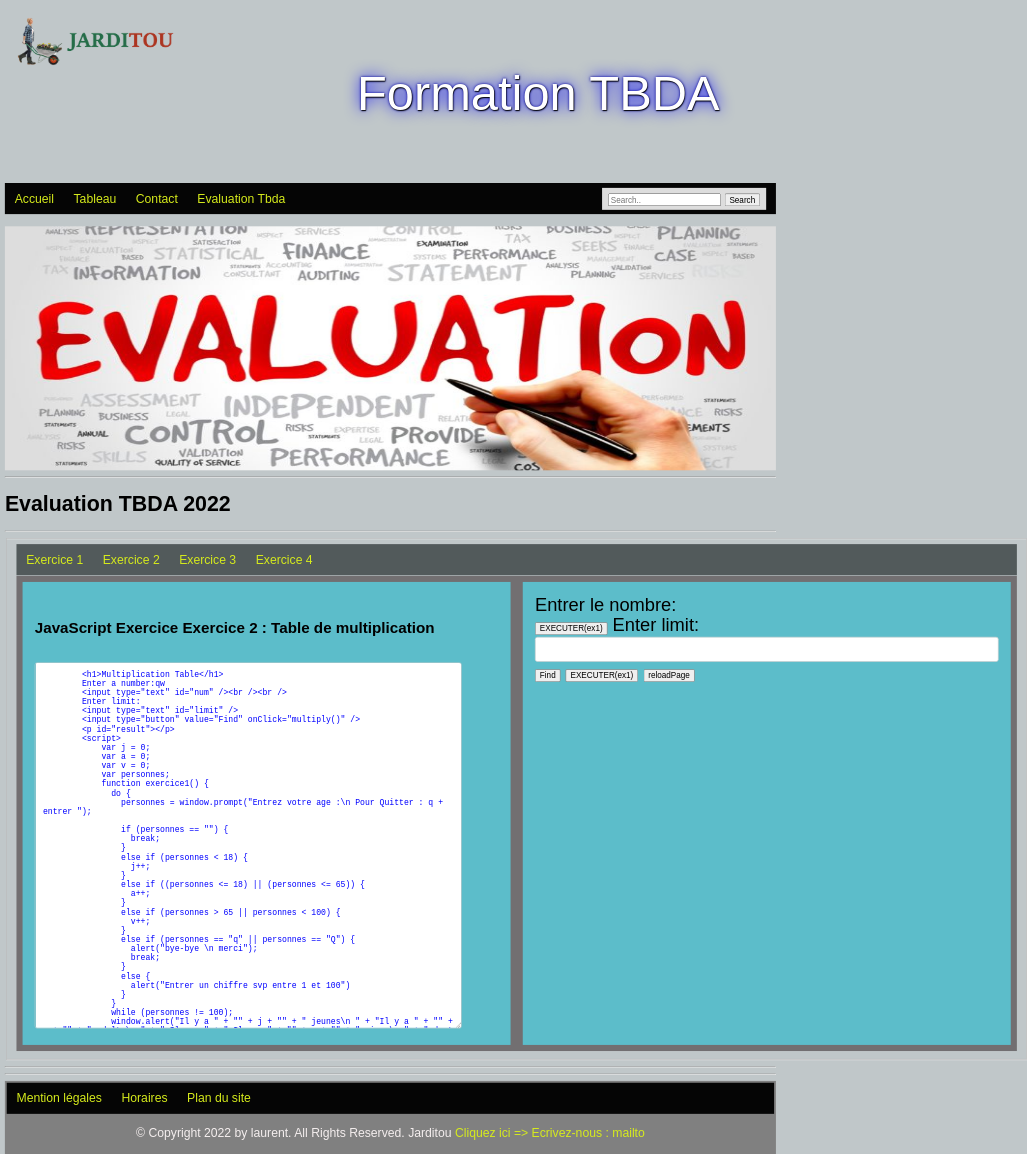
Repository: laurentbul/jarditou
Page: javascript/EvaluationTbda/ex1.html
An editor plug-in stored every save of this project. The page is shown before and after the next save, followed by the edit.
The browser window is 1280 px wide. The page is 1684 px wide, so the pictures cover 1684 px, including what lies to the right of the window. The pictures show the whole page, at 61% of full size.
An inner scrolling area shows only its first screen.

Above is the page before, as saved 2022-12-15 04:24:35.

After the next save:
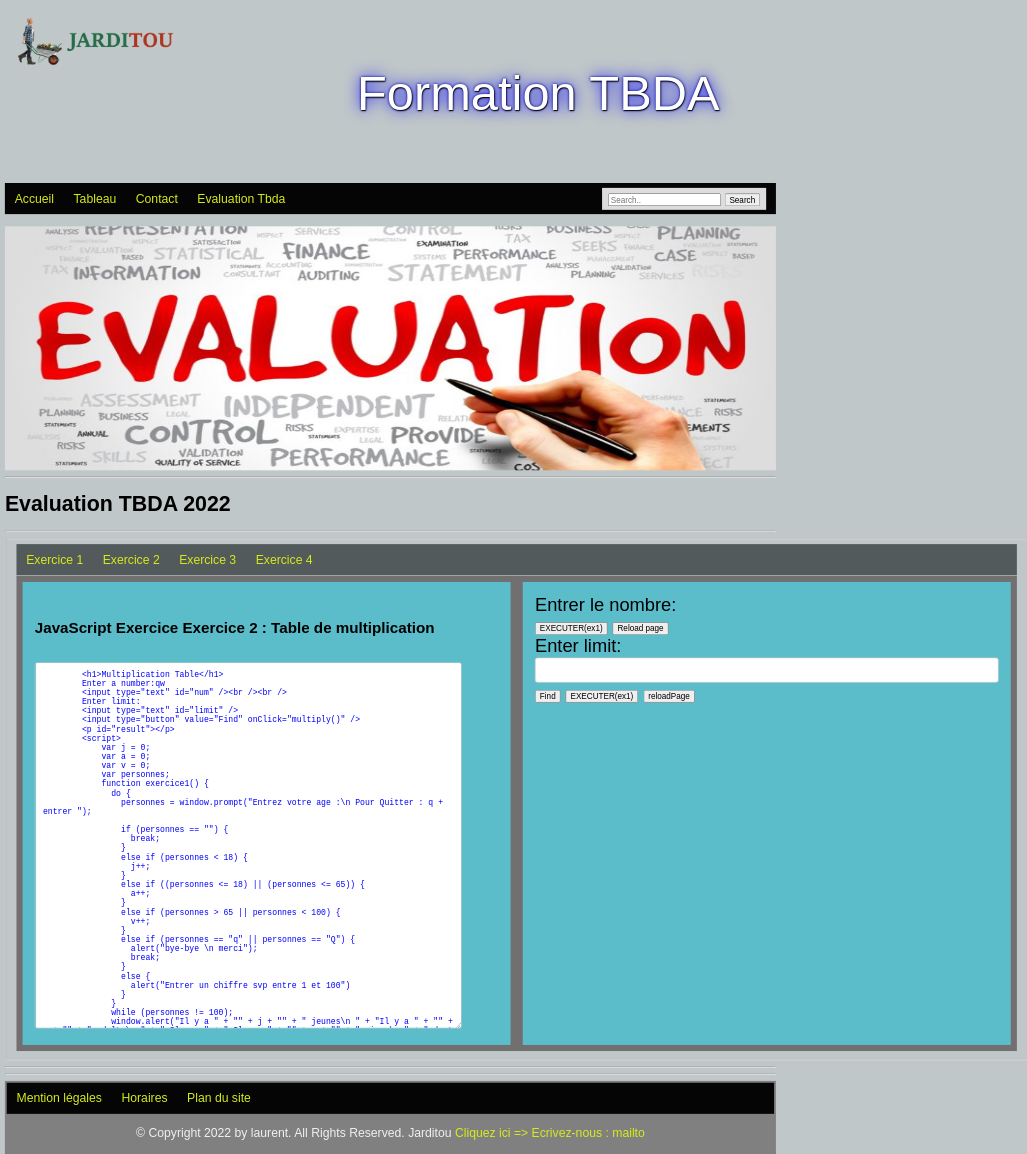
Saved 99 s later.
--- a/javascript/EvaluationTbda/ex1.html
+++ b/javascript/EvaluationTbda/ex1.html
@@ -121,6 +121,7 @@
                 <div>
                     Entrer le nombre:
                     <div><input type="button" onclick="exercice1()" value="EXECUTER(ex1)">
+                        <input type="button" onclick="myFunction()" value="Reload page"></div>
                     Enter limit:
                     <input type="text" id="limit" />
                     <input type="button" value="Find" onClick="multiply()" />
